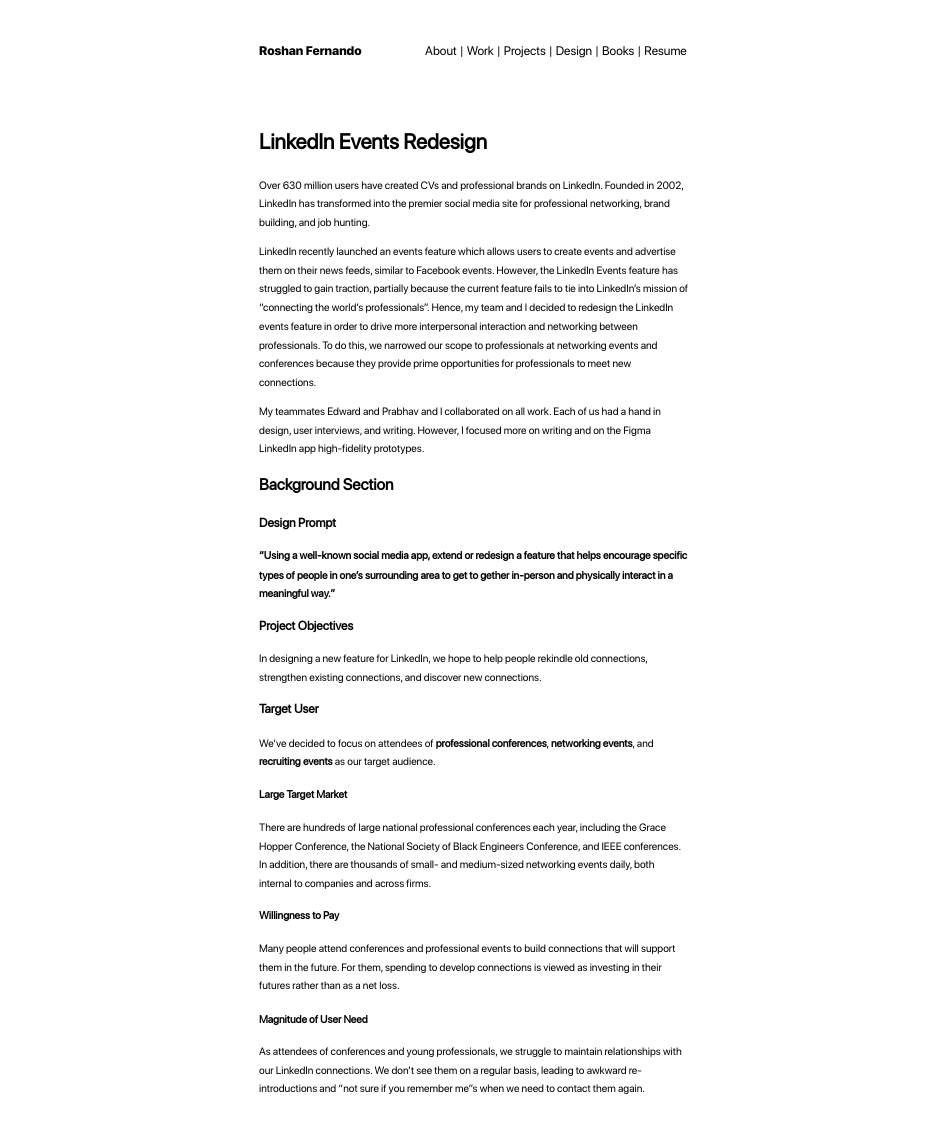
Repository: rdf004/rdf004.github.io
Page: /case1
The author's editor kept a copy of each file at every save. The page is drawn from the files as they stood at one save, then again after the next save.
The browser window is 1280 px wide. The pictures show the whole page, at 74% of full size.
The project was rebuilt for these pictures with package versions that can differ from the ones it lists, and the page was loaded fresh each time. Also part of the build but not shown: src/Components/About.js, src/Components/Work.js, src/Components/Projects.js, src/Components/Design.js, src/Components/Books.js, src/Components/Resume.js.

Above is the page before, as saved 2019-11-20 21:06:56.

After the next save:
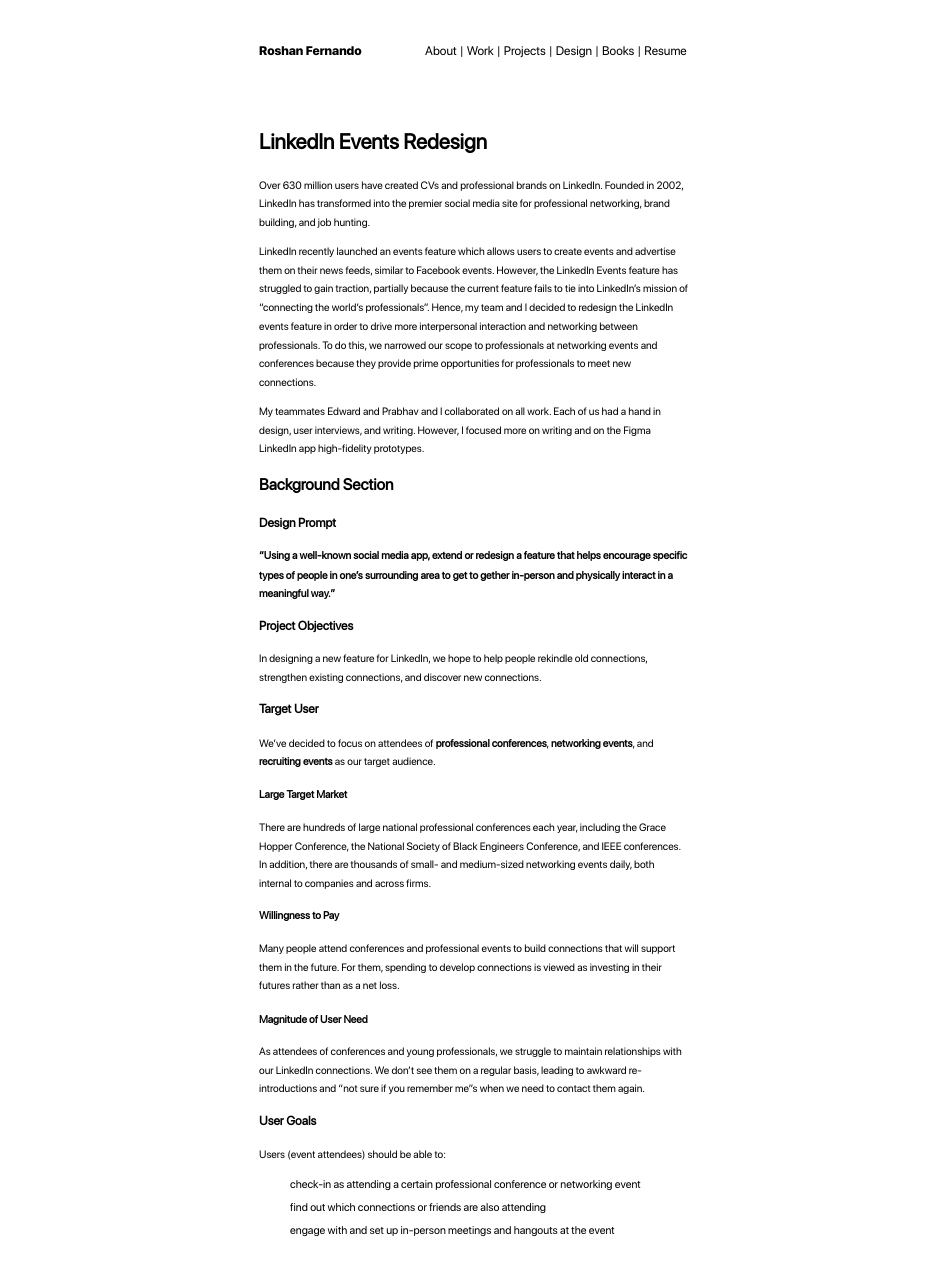
Saved 109 s later.
--- a/src/Components/Case1.js
+++ b/src/Components/Case1.js
@@ -29,6 +29,13 @@
                     <p>Many people attend conferences and professional events to build connections that will support them in the future. For them, spending to develop connections is viewed as investing in their futures rather than as a net loss.</p>
                     <h4>Magnitude of User Need</h4>
                     <p>As attendees of conferences and young professionals, we struggle to maintain relationships with our LinkedIn connections. We don’t see them on a regular basis, leading to awkward re-introductions and “not sure if you remember me”s when we need to contact them again.</p>
+                    <h3>User Goals</h3>
+                    <p>Users (event attendees) should be able to:</p>
+                    <ul>
+                        <li>check-in as attending a certain professional conference or networking event</li>
+                        <li>find out which connections or friends are also attending</li>
+                        <li>engage with and set up in-person meetings and hangouts at the event</li>
+                    </ul>
                 </p>
             </div>
 
